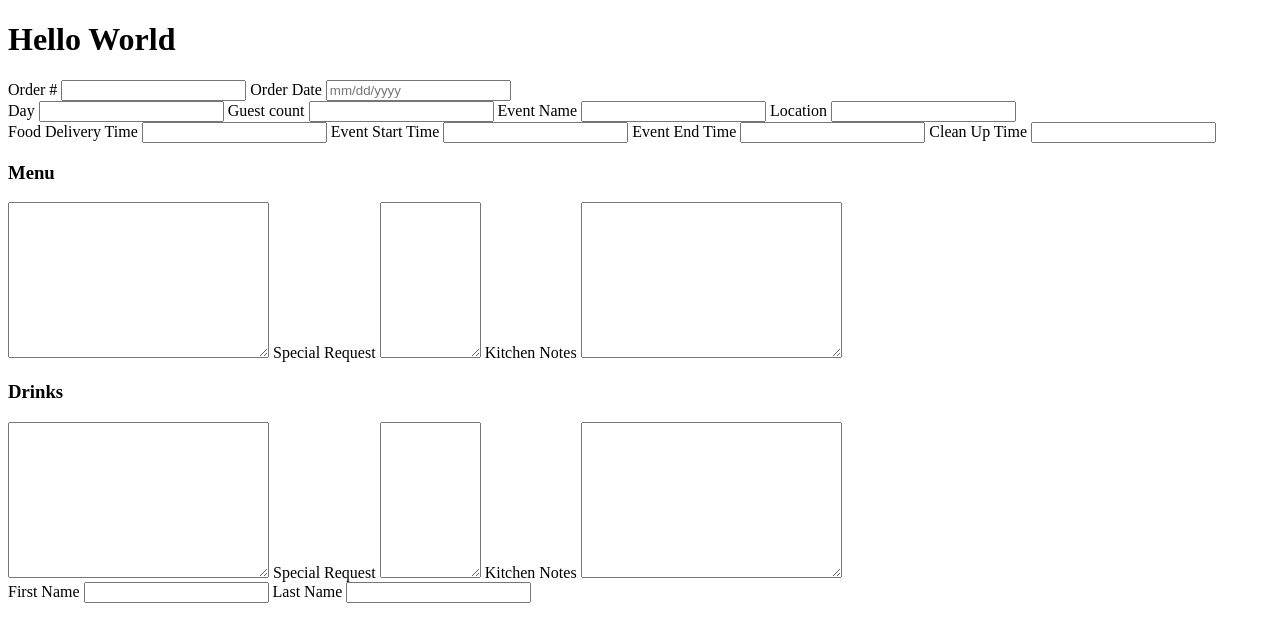
Repository: pmbyrd/rgp-catering
Page: index.html
An editor plug-in stored every save of this project. The page is shown before and after a run of saves, followed by the edit.
The browser window is 1280 px wide. The pictures show the whole page.

Above is the page before, as saved 2023-12-04 18:03:06.

### index.html
<!DOCTYPE html>
<html lang="en">

<head>
    <meta charset="UTF-8">
    <meta name="viewport" content="width=device-width, initial-scale=1.0">
    <title>Document</title>
</head>

<body>
    <h1>Hello World</h1>
    <form action="">
        <div class="details">
            <div class="order-details">
                <label for="order-id">Order #</label>
                <input type="text" id="order-id">
                <label for="order-date">Order Date</label>
                <input type="text" id="order-date" placeholder="mm/dd/yyyy">
            </div>
            <div class="details-info">
                <label for="order-day">Day</label>
                <input type="text" id="order-day">
                <label for="count">Guest count</label>
                <input type="text" id="count">
                <label for="event-name">Event Name</label>
                <input type="text" id="event-name">
                <label for="location">Location</label>
                <input type="text" id="location">
            </div>
            <div class="details-times">
                <label for="delivery-time">Food Delivery Time</label>
                <input type="text" id="delivery-time">
                <label for="start-time">Event Start Time</label>
                <input type="text" id="start-time">
                <label for="end-time">Event End Time</label>
                <input type="text" id="end-time">
                <label for="clean-up-time">Clean Up Time</label>
                <input type="text" id="clean-up-time">
            </div>
        </div>
        <div class="food-order">
            <label for="menu">
                <h3>Menu</h3>
                <textarea name="" id="" cols="30" rows="10"></textarea>
            </label>
            <label for="menu-request">Special Request</label>
            <textarea name="" id="" cols="10" rows="10"></textarea>
            <label for="menu-notes">Kitchen Notes</label>
            <textarea name="" id="" cols="30" rows="10"></textarea>
        </div>
         <div class="beverage-order">
            <label for="Beverages">
                <h3>Drinks</h3>
                <textarea name="" id="" cols="30" rows="10"></textarea>
            </label>
            <label for="menu-request">Special Request</label>
            <textarea name="" id="" cols="10" rows="10"></textarea>
            <label for="menu-notes">Kitchen Notes</label>
            <textarea name="" id="" cols="30" rows="10"></textarea>
        </div>
        <div class="contact-info">
            <label for="first-name">First Name</label>
            <input type="text">
            <label for="last-name">Last Name</label>
            <input type="text" id="last-name">
            <label for="de"></label>
        </div>
    </form>
    <script src="index.js"></script>
</body>
</html>

Loaded but not shown: index.js (no stored copy; drawn as an empty file)

After the next 10 saves:
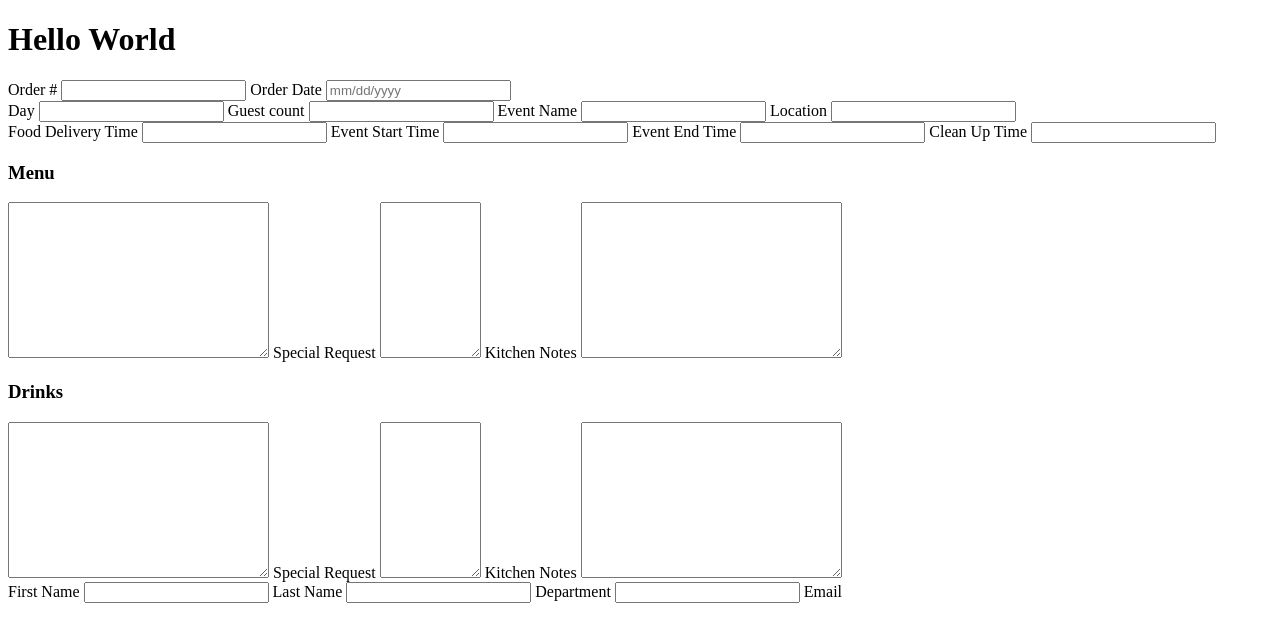
The 10 saves are shown as one change because they came seconds apart.
The last was saved 67 s later.
--- a/index.html
+++ b/index.html
@@ -63,7 +63,10 @@
             <input type="text">
             <label for="last-name">Last Name</label>
             <input type="text" id="last-name">
-            <label for="de"></label>
+            <label for="department">Department</label>
+            <input type="text" id="department">
+            <label for="email">Email</label>
+
         </div>
     </form>
     <script src="index.js"></script>
